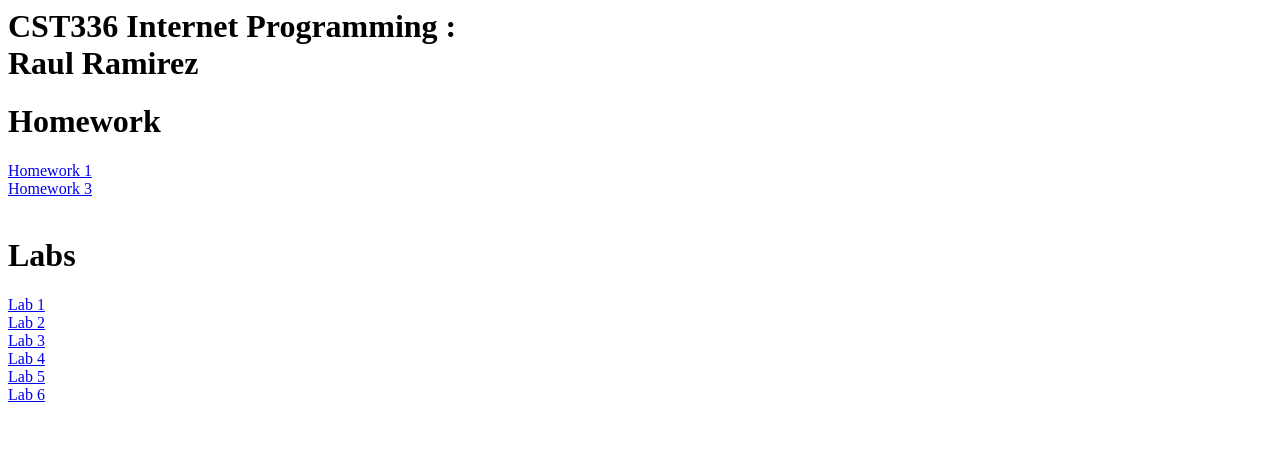
Repository: granolavsraosins/CST336
Page: http://localhost/
The author's editor kept a record of every edit. The page is drawn from the files as they stood at one moment, then again after the next edit.
The browser window is 1280 px wide. The pictures show the whole page.
The page is run by PHP 8.4 with error messages shown; the project is at /var/www/html/.

Above is the page before.

### cst336raulramirez/index.php
<html>
    <body>
<?php
    echo "<h1>CST336 Internet Programming : <br>Raul Ramirez </h1>";
?>
<h1> Homework </h1>
<a href="/rramirezhw1/index.php"> Homework 1</a>
<br />
<a href="/rramirezhw3/index.php"> Homework 3</a>
<br /> <br />

<h1> Labs </h1>
<a href="/rramirezlab1/index.php"> Lab 1 </a>
<br />

<a href="/rramirezlab2/index.php"> Lab 2</a>
<br>

<a href="/rramirezlab3/index.php"> Lab 3</a>
<br>

<a href="/rramirezlab4/index.php"> Lab 4</a>
<br>

<a href="/rramirezlab5/index.php"> Lab 5</a>
<br>

<a href="/rramirezlab6/login.php"> Lab 6</a>
<br>

</body>
</html>

After the next edit:
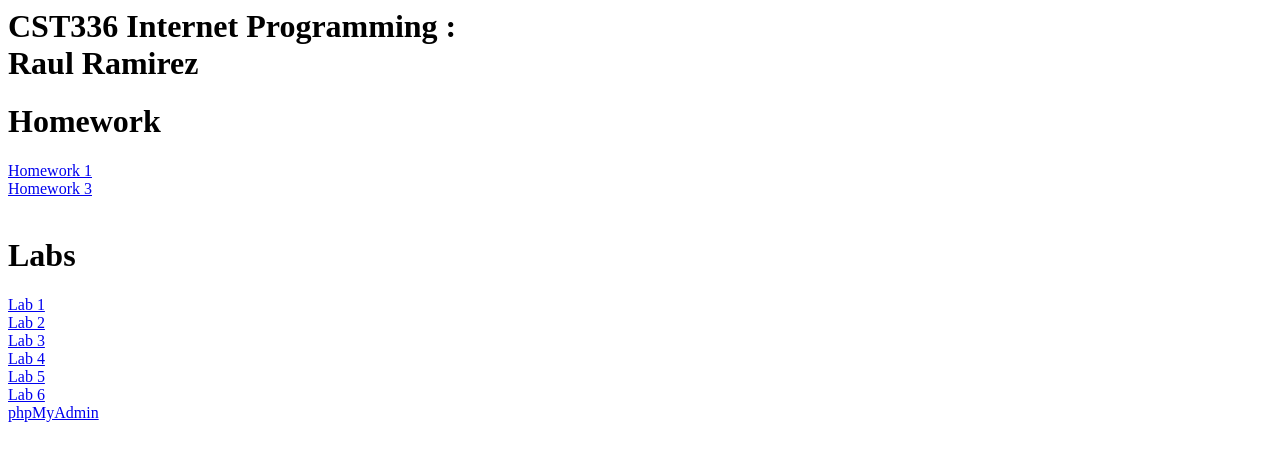
The edit:
--- a/cst336raulramirez/index.php
+++ b/cst336raulramirez/index.php
@@ -28,5 +28,8 @@
 <a href="/rramirezlab6/login.php"> Lab 6</a>
 <br>
 
+<a href="/phpmyadmin/index.php"> phpMyAdmin</a>
+<br>
+
 </body>
 </html>
